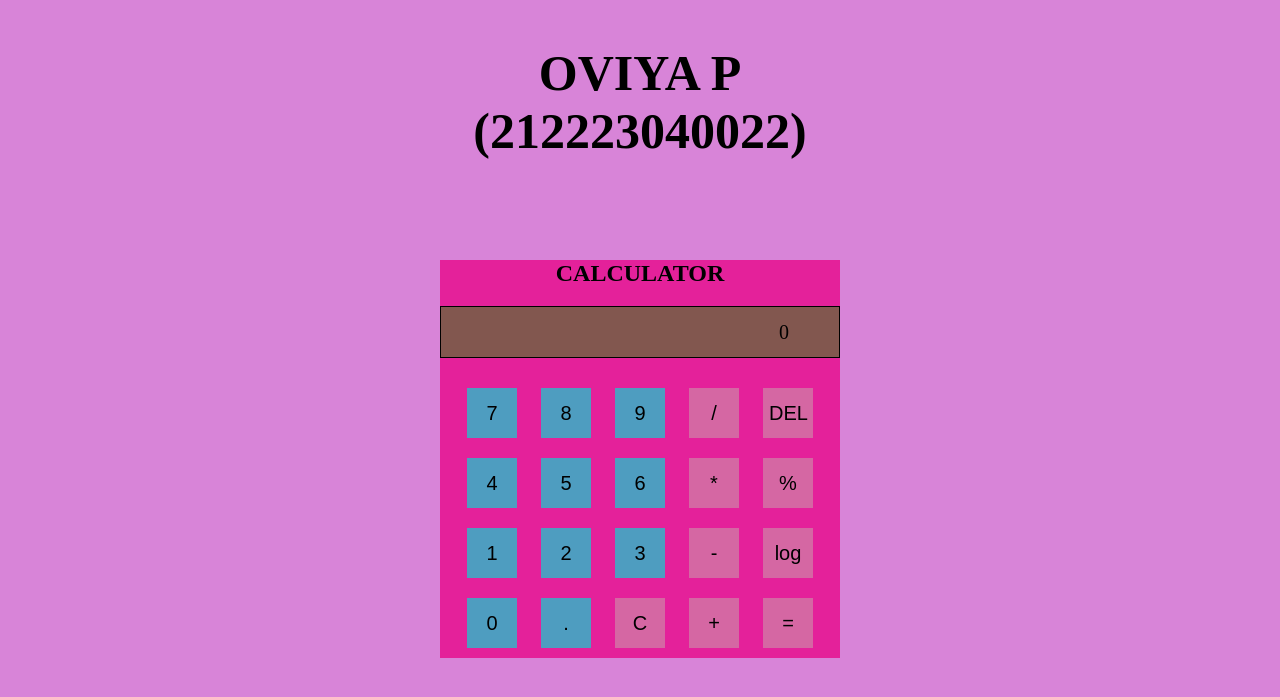
Repository: Oviya24032K6/Calc
Page: oviya/calcapp/static/calc.html
These files come from the project's save history. The page is drawn as it stood at one moment and after the next save; the edit follows.
The browser window is 1280 px wide. The pictures show the whole page.

Above is the page before, as saved 2024-04-27 20:31:31.

### oviya/calcapp/static/calc.html


<!DOCTYPE html>
<html lang="en">
    <head>
        <title><B> CALCULATOR </B></title>

        <style type="text/css">
            body{
                background-image: linear-gradient(rgb(216, 132, 216),rgb(216, 132, 216));
                height: 150px;
            }
        </style>

        <script>
        function calculate(args)
        {
            res = document.getElementById("result");
            expression = res.innerText;
            cmd = args.srcElement.innerText;
            if(cmd == "=")
            {
                expression = "" + eval(expression)
            }
            else if(cmd == "C")
            {
                expression=""
            }
            else if(cmd == "DEL")
            {
                expression = expression.slice(0, -1);

            }
            else if(cmd == "%")
            {
                expression = "" + Math.sqrt(eval(expression));
            }
            else if(cmd == "%")
            {
                expression = expression % 1;
            }
            else if(cmd == "log")
             {
        expression = Math.log10(expression);
           }

            else{
                expression = expression + cmd;
            }
            res.innerText = expression;


        }

        </script>

        <style>

            .calculator-container {
                width: 400px;

                background-color:rgb(228, 33, 154);(8, 8, 8);
                margin: 0 auto;
                margin-top: 100px;
                text-align: center;


            }


            button {
                width: 50px;
                height: 50px;
                margin: 10px;
                font-size: 20px;


                background-color: rgb(78, 157, 192);
                color:blue(255, 255, 255);
                border: none;
            }


            #result {

       background-color:#82574f;
    text-align: right;
    padding-right: 50px;
    font-size: 20px;
    margin-bottom: 20px;
    border: solid black 0.5px;
    color: black;
    width: 348px;
    height: 50px;
    display: flex;
    align-items: center;
    justify-content: flex-end;

            }
            h1 {
                padding-top: 10px;
                color:aquamarine(255, 255, 255);
                font-size: 50px;
            }
            .redd {
                background-color: rgb(213, 103, 163);
            }
            .bluee {

                background-color: rgb(213, 103, 163);
            }
            body {
                background-color: rgb(213, 103, 163);
            }
            #pozhilan{
                text-align: center;
            }
            .calculator-container{
                margin-bottom: 50px;
            }

        </style>

    </head>
<body>

    <h1 id="pozhilan"> OVIYA P <br>(212223040022)</h1>
    <div class="calculator-container">
        <h2> CALCULATOR</h2>
        <div id="result">0</div>
        <button onclick="calculate(event);">7</button>
        <button onclick="calculate(event);">8</button>
        <button onclick="calculate(event);">9</button>
        <button class="bluee"  onclick="calculate(event);">/</button>
        <button class="bluee"  onclick="calculate(event);"> DEL </button><br>
        <button onclick="calculate(event);">4</button>
        <button onclick="calculate(event);">5</button>
        <button onclick="calculate(event);">6</button>
        <button class="bluee"  onclick="calculate(event);">*</button>
        <button class="bluee"  onclick="calculate(event);">%</button><br>
        <button onclick="calculate(event);">1</button>
        <button onclick="calculate(event);">2</button>
        <button onclick="calculate(event);">3</button>
        <button class="bluee"  onclick="calculate(event);">-</button>
        <button class="bluee"  onclick="calculate(event);">log</button><br>
        <button onclick="calculate(event);">0</button>
        <button onclick="calculate(event);">.</button>
        <button class="redd" onclick="calculate(event);">C</button>
        <button class="bluee"  onclick="calculate(event);">+</button>
        <button class="bluee" onclick="calculate(event);">=</button><br>
    </div>
</div>
    </body>
</html>

After the next save:
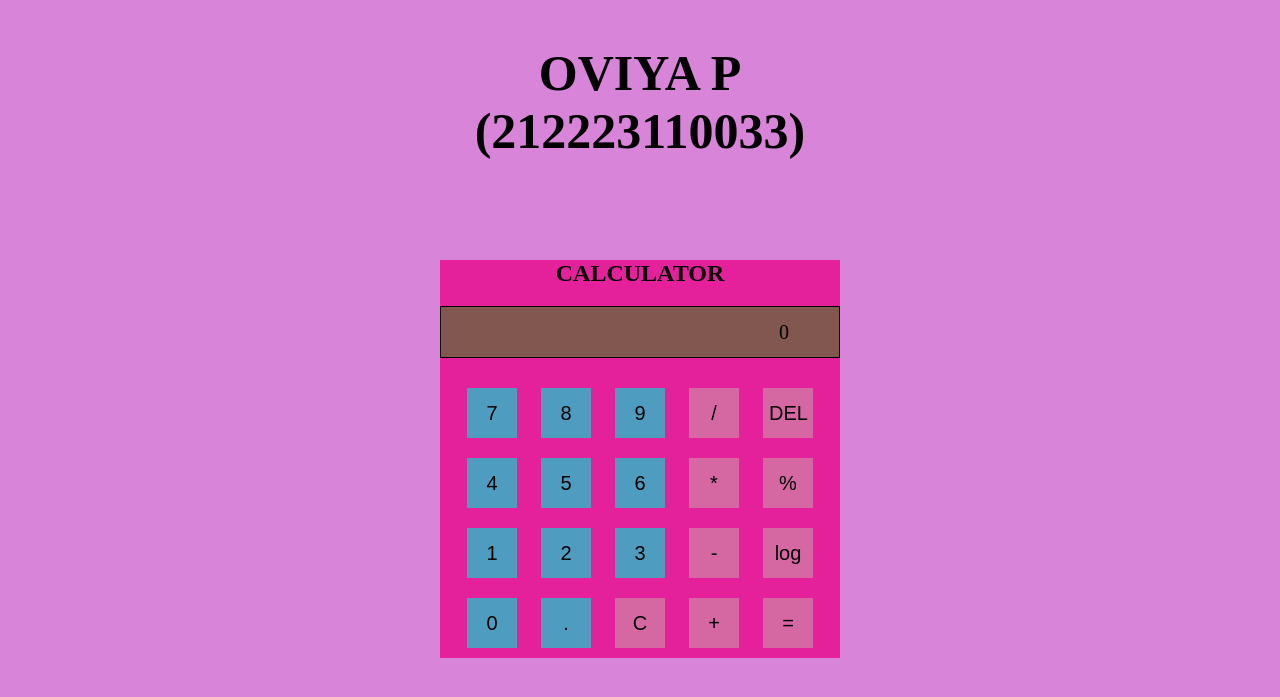
Saved 10 s later.
--- a/oviya/calcapp/static/calc.html
+++ b/oviya/calcapp/static/calc.html
@@ -124,7 +124,7 @@
     </head>
 <body>
 
-    <h1 id="pozhilan"> OVIYA P <br>(212223040022)</h1>
+    <h1 id="pozhilan"> OVIYA P <br> (212223110033)</h1>
     <div class="calculator-container">
         <h2> CALCULATOR</h2>
         <div id="result">0</div>
